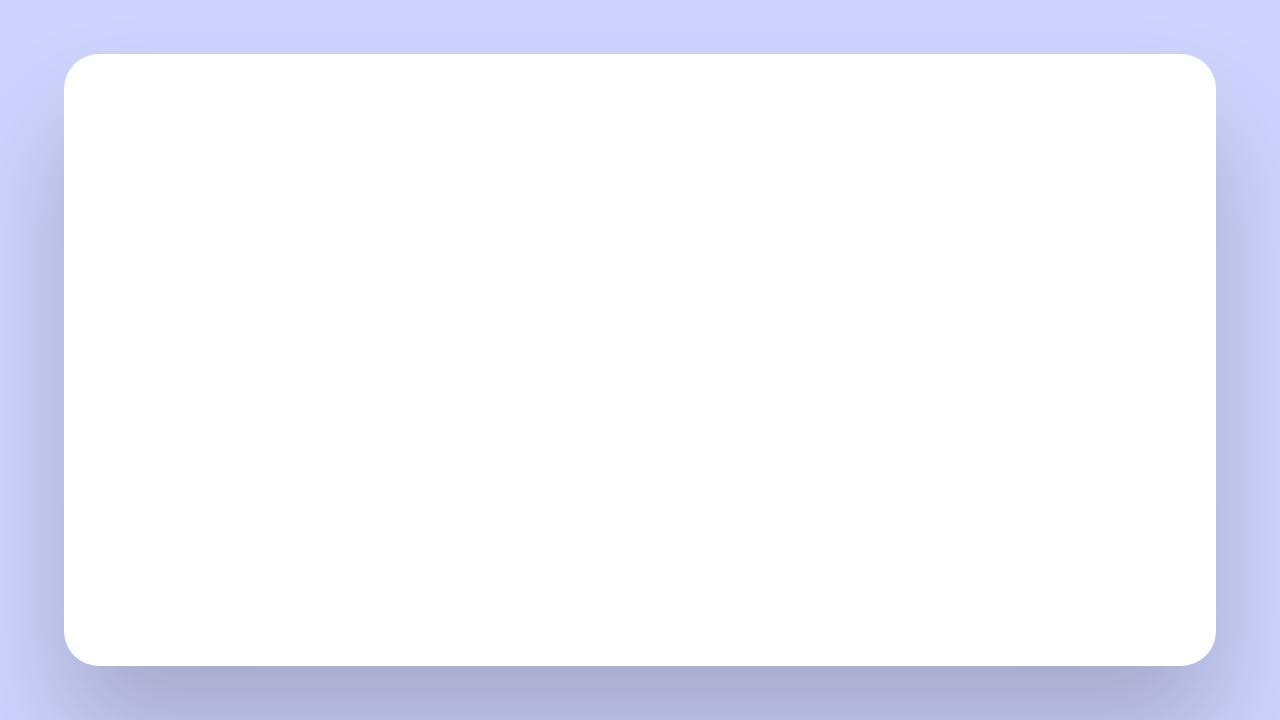
Repository: ajayaj2001/healthcare-digitization
Page: /doctorForm
These files come from the project's save history. The page is drawn as it stood at one moment and after the next save; the edit follows.
The browser window is 1280 px wide. The pictures show the whole page.
The project was rebuilt for these pictures with package versions that can differ from the ones it lists, and the page was loaded fresh each time. Also part of the build but not shown: src/component/userType/UserType.scss, src/component/userType/UserType.js, src/component/login/Login.scss, src/component/login/loginForm/LoginForm.scss, src/component/login/loginForm/LoginForm.js, src/component/login/Login.js, src/component/register/Register.scss, src/component/register/registerForm/RegisterForm.scss and 2 more.

Above is the page before, as saved 2021-03-13 10:30:55.

After the next save:
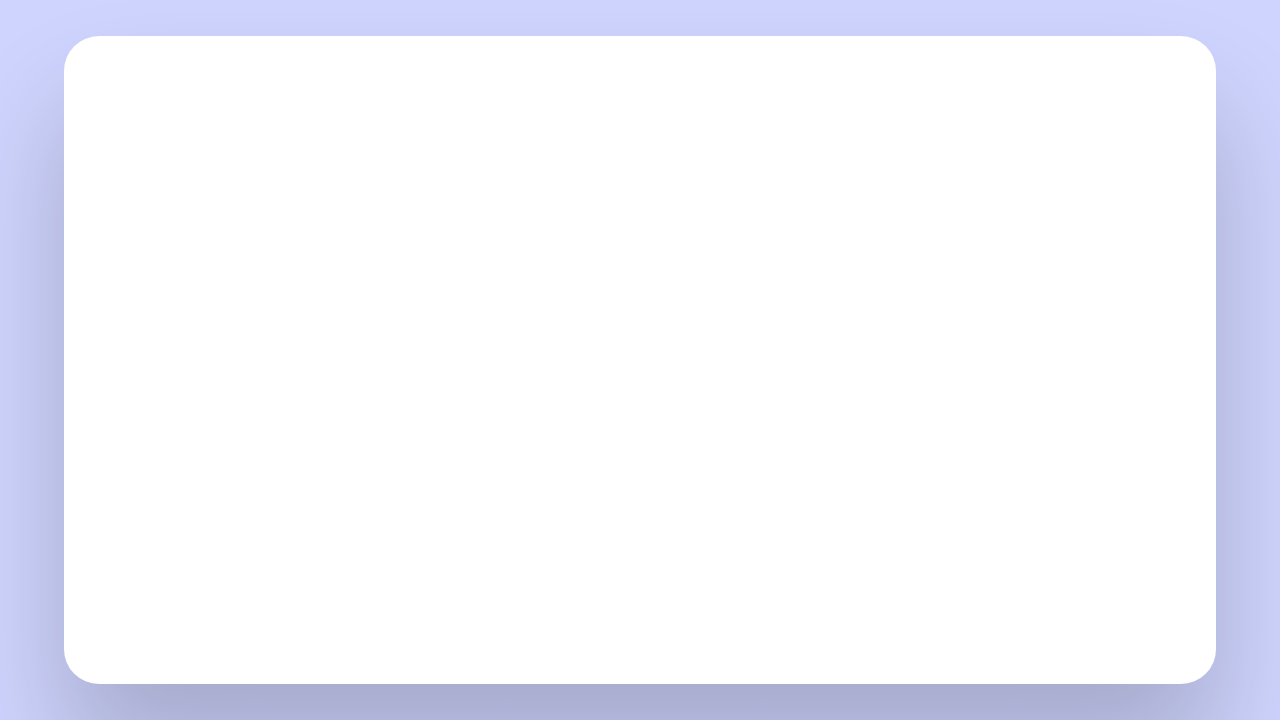
Saved 6 s later.
--- a/src/component/doctorForm/DoctorForm.scss
+++ b/src/component/doctorForm/DoctorForm.scss
@@ -10,7 +10,7 @@
     &__main{
         background-color: white;
         width: 90%;
-        height: 85%;
+        height: 90%;
         display: grid;
         grid-template-columns: 50% 50%;
         @media (max-width: 65em) {
